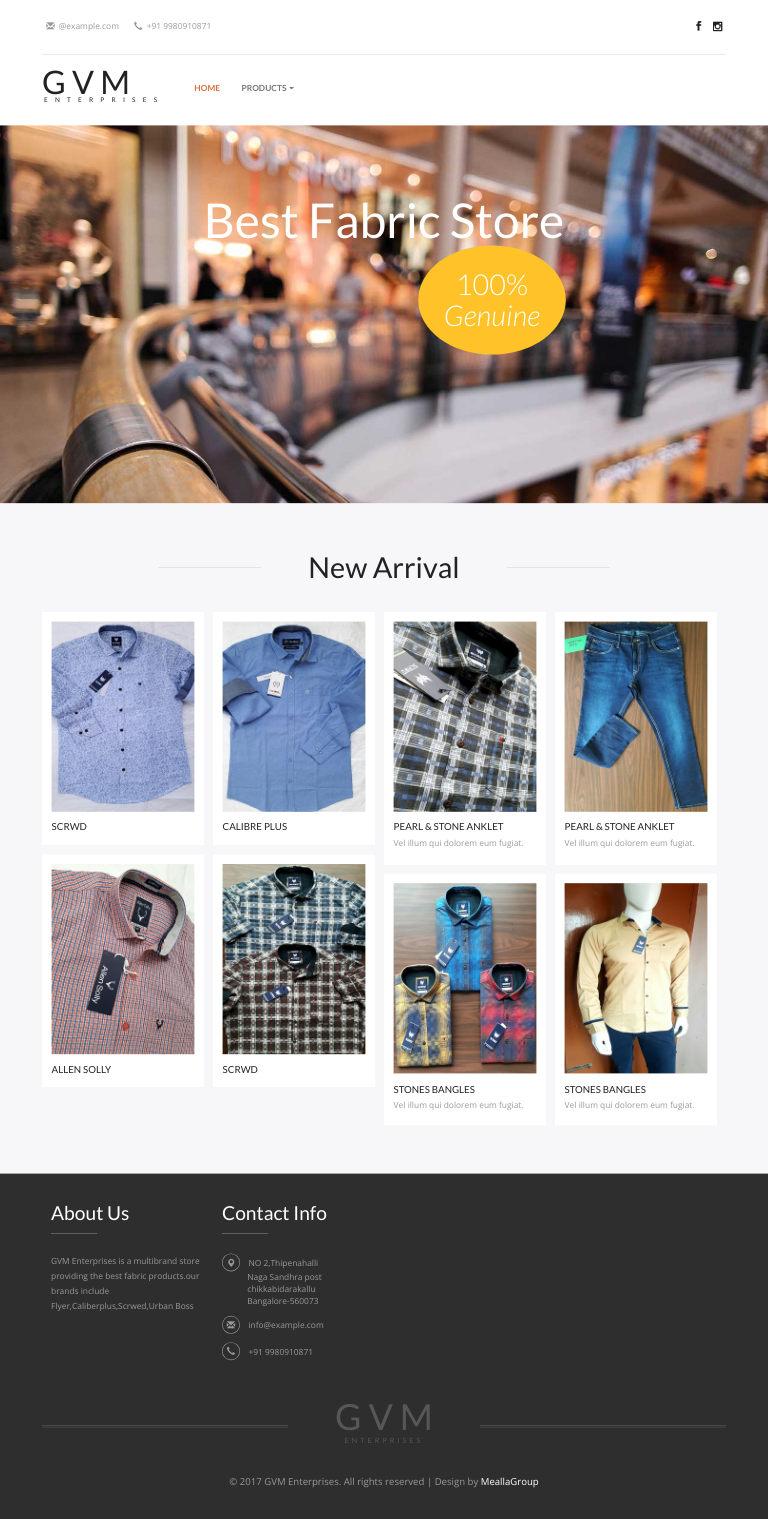
Repository: vinodmealla/flyerworkspace
Page: com.gvm.websample1/src/main/webapp/WEB-INF/index.html
The author's editor kept a copy of each file at every save. The page is drawn from the files as they stood at one save, then again after the next save.
The browser window is 1280 px wide. The pictures show the whole page, at 60% of full size.

Above is the page before, as saved 2017-10-04 04:54:13.
Console error: SyntaxError: Unexpected token '('

### com.gvm.websample1/src/main/webapp/WEB-INF/index.html
<!--
Author: W3layouts
Author URL: http://w3layouts.com
License: Creative Commons Attribution 3.0 Unported
License URL: http://creativecommons.org/licenses/by/3.0/
-->
<!DOCTYPE html>
<html>
<head>
<title>Best Store a Ecommerce Online Shopping Category Flat Bootstrap Responsive Website Template | Home :: w3layouts</title>
<!-- for-mobile-apps -->
<meta name="viewport" content="width=device-width, initial-scale=1">
<meta http-equiv="Content-Type" content="text/html; charset=utf-8" />
<meta name="keywords" content="Best Store Responsive web template, Bootstrap Web Templates, Flat Web Templates, Android Compatible web template,
Smartphone Compatible web template, free webdesigns for Nokia, Samsung, LG, SonyEricsson, Motorola web design" />
<script type="application/x-javascript"> addEventListener("load", function() { setTimeout(hideURLbar, 0); }, false);
		function hideURLbar(){ window.scrollTo(0,1); } </script>
<!-- //for-mobile-apps -->
<link href="css/bootstrap.css" rel="stylesheet" type="text/css" media="all" />
<link href="css/style.css" rel="stylesheet" type="text/css" media="all" />
<!-- js -->
<script src="js/jquery.min.js"></script>
<!-- //js -->
<!-- cart -->
<script src="js/simpleCart.min.js"></script>
<!-- cart -->
<!-- for bootstrap working -->
<script type="text/javascript" src="js/bootstrap-3.1.1.min.js"></script>
<!-- //for bootstrap working -->
<link href='//fonts.googleapis.com/css?family=Open+Sans:400,300,300italic,400italic,600,600italic,700,700italic,800,800italic' rel='stylesheet' type='text/css'>
<link href='//fonts.googleapis.com/css?family=Lato:400,100,100italic,300,300italic,400italic,700,700italic,900,900italic' rel='stylesheet' type='text/css'>
<!-- timer -->
<link rel="stylesheet" href="css/jquery.countdown.css" />
<!-- //timer -->
<!-- animation-effect -->
<link href="css/animate.min.css" rel="stylesheet">
<script src="js/wow.min.js"></script>
<script>
 new WOW().init();
</script>
<!-- //animation-effect -->
</head>

<body>
<!-- header -->
	<div class="header">
		<div class="container">
			<div class="header-grid">
				<div class="header-grid-left animated wow slideInLeft" data-wow-delay=".5s">
					<ul>
						<li><i class="glyphicon glyphicon-envelope" aria-hidden="true"></i><a href="mailto:info@example.com">@example.com</a></li>
						<li><i class="glyphicon glyphicon-earphone" aria-hidden="true"></i>+91 9980910871</li>
					</ul>
				</div>
				<div class="header-grid-right animated wow slideInRight" data-wow-delay=".5s">
					<ul class="social-icons">
						<li><a href="#" class="facebook"></a></li>
						<li><a href="#" class="instagram"></a></li>
					</ul>
				</div>
				<div class="clearfix"> </div>
			</div>
			<div class="logo-nav">
				<div class="logo-nav-left animated wow zoomIn" data-wow-delay=".5s">
					<h1><a href="index.html">G V M<span>Enterprises</span></a></h1>
				</div>
				<div class="logo-nav-left1">
					<nav class="navbar navbar-default">
					<!-- Brand and toggle get grouped for better mobile display -->
					<div class="navbar-header nav_2">
						<button type="button" class="navbar-toggle collapsed navbar-toggle1" data-toggle="collapse" data-target="#bs-megadropdown-tabs">
							<span class="sr-only">Toggle navigation</span>
							<span class="icon-bar"></span>
							<span class="icon-bar"></span>
							<span class="icon-bar"></span>
						</button>
					</div>
					<div class="collapse navbar-collapse" id="bs-megadropdown-tabs">
						<ul class="nav navbar-nav">
							<li class="active"><a href="index.html" class="act">Home</a></li>
							<!-- Mega Menu -->
							<li class="dropdown">
								<a href="#" class="dropdown-toggle" data-toggle="dropdown">Products <b class="caret"></b></a>
								<ul class="dropdown-menu multi-column columns-3">
									<div class="row">
										<div class="col-sm-4">
											<ul class="multi-column-dropdown">
												<h6>Men's Wear</h6>
												<li><a href="products.html">Clothing</a></li>

											</ul>
										</div>
									<!-- 	<div class="col-sm-4">
											<ul class="multi-column-dropdown">
												<h6>Women's Wear</h6>
												<li><a href="products.html">Clothing</a></li>
												<li><a href="products.html">Wallets,Bags</a></li>
												<li><a href="products.html">Footwear</a></li>
												<li><a href="products.html">Watches</a></li>
												<li><a href="products.html">Accessories</a></li>
												<li><a href="products.html">Jewellery</a></li>
												<li><a href="products.html">Beauty & Grooming</a></li>
											</ul>
										</div> -->
									<!-- 	<div class="col-sm-4">
											<ul class="multi-column-dropdown">
												<h6>Kid's Wear</h6>
												<li><a href="products.html">Kids Home Fashion</a></li>
												<li><a href="products.html">Boy's Clothing</a></li>
												<li><a href="products.html">Girl's Clothing</a></li>
												<li><a href="products.html">Shoes</a></li>
												<li><a href="products.html">Brand Stores</a></li>
											</ul>
										</div> -->
										<div class="clearfix"></div>
									</div>
								</ul>
							</li>
						<!-- 	<li class="dropdown">
								<a href="#" class="dropdown-toggle" data-toggle="dropdown">Furniture <b class="caret"></b></a>
								<ul class="dropdown-menu multi-column columns-3">
									<div class="row">
										<div class="col-sm-4">
											<ul class="multi-column-dropdown">
												<h6>Home Collection</h6>
												<li><a href="furniture.html">Cookware</a></li>
												<li><a href="furniture.html">Sofas</a></li>
												<li><a href="furniture.html">Dining Tables</a></li>
												<li><a href="furniture.html">Shoe Racks</a></li>
												<li><a href="furniture.html">Home Decor</a></li>
											</ul>
										</div>
										<div class="col-sm-4">
											<ul class="multi-column-dropdown">
												<h6>Office Collection</h6>
												<li><a href="furniture.html">Carpets</a></li>
												<li><a href="furniture.html">Tables</a></li>
												<li><a href="furniture.html">Sofas</a></li>
												<li><a href="furniture.html">Shoe Racks</a></li>
												<li><a href="furniture.html">Sockets</a></li>
												<li><a href="furniture.html">Electrical Machines</a></li>
											</ul>
										</div>
										<div class="col-sm-4">
											<ul class="multi-column-dropdown">
												<h6>Decorations</h6>
												<li><a href="furniture.html">Toys</a></li>
												<li><a href="furniture.html">Wall Clock</a></li>
												<li><a href="furniture.html">Lighting</a></li>
												<li><a href="furniture.html">Top Brands</a></li>
											</ul>
										</div>
										<div class="clearfix"></div>
									</div>
								</ul>
							</li> -->
							<!-- <li><a href="short-codes.html">Short Codes</a></li>
							<li><a href="mail.html">Mail Us</a></li> -->
						</ul>
					</div>
					</nav>
				</div>
				<div class="logo-nav-right">
					<div class="search-box">
					<!-- 	<div id="sb-search" class="sb-search">
							<form>
								<input class="sb-search-input" placeholder="Enter your search term..." type="search" id="search">
								<input class="sb-search-submit" type="submit" value="">
								<span class="sb-icon-search"> </span>
							</form>
						</div> -->
					</div>
						<!-- search-scripts -->
						<script src="js/classie.js"></script>
						<!-- <script src="js/uisearch.js"></script>
							<script>
								new UISearch( document.getElementById( 'sb-search' ) );
							</script> -->
						<!-- //search-scripts -->
				</div>
			<!-- 	<div class="header-right">
					<div class="cart box_1">
						<a href="checkout.html">
							<h3> <div class="total">
								<span class="simpleCart_total"></span> (<span id="simpleCart_quantity" class="simpleCart_quantity"></span> items)</div>
								<img src="images/bag.png" alt="" />
							</h3>
						</a>
						<p><a href="javascript:;" class="simpleCart_empty">Empty Cart</a></p>
						<div class="clearfix"> </div>
					</div>
				</div> -->
				<div class="clearfix"> </div>
			</div>
		</div>
	</div>
<!-- //header -->
<!-- banner -->
	<div class="banner">
		<div class="container">
			<div class="banner-info animated wow zoomIn" data-wow-delay=".5s">
				<h3>Best Fabric Store</h3>
				<h4> <span>100% <i>Genuine</i></span></h4>
				<div class="wmuSlider example1">
					<div class="wmuSliderWrapper">
						<article style="position: absolute; width: 100%; opacity: 0;">
							<div class="banner-wrap">
								<div class="banner-info1">
									<p> Causual Shirts  </p>
								</div>
							</div>
						</article>
						<article style="position: absolute; width: 100%; opacity: 0;">
							<div class="banner-wrap">
								<div class="banner-info1">
									<p>Formal Shirts</p>
								</div>
							</div>
						</article>
						<article style="position: absolute; width: 100%; opacity: 0;">
							<div class="banner-wrap">
								<div class="banner-info1">
									<p>All Models Of Jeans</p>
								</div>
							</div>
						</article>
					</div>
				</div>
					<script src="js/jquery.wmuSlider.js"></script>
					<script>
						Rs.('.example1').wmuSlider();
					</script>
			</div>
		</div>
	</div>
<!-- //banner -->
<!-- banner-bottom -->

<!-- //banner-bottom -->
<!-- collections -->
	<div class="new-collections">
		<div class="container">
			<h3 class="animated wow zoomIn" data-wow-delay=".5s">New Arrival</h3>
			<div class="new-collections-grids">
		<div class="col-md-3 new-collections-grid">
					<div class="new-collections-grid1 animated wow slideInUp" data-wow-delay=".5s">
						<div class="new-collections-grid1-image">
							<a href="single.html?img=flyer1.jpg" class="product-image"><img src="images/flyer1.jpg" alt=" " class="img-responsive" /></a>
							<div class="new-collections-grid1-image-pos">
								<a href="single.html?img=flyer1.jpg">Quick View</a>
							</div>
							<div class="new-collections-grid1-right">
								<div class="rating">
									<div class="rating-left">
										<img src="images/2.png" alt=" " class="img-responsive" />
									</div>
									<div class="rating-left">
										<img src="images/2.png" alt=" " class="img-responsive" />
									</div>
									<div class="rating-left">
										<img src="images/2.png" alt=" " class="img-responsive" />
									</div>
									<div class="rating-left">
										<img src="images/1.png" alt=" " class="img-responsive" />
									</div>
									<div class="rating-left">
										<img src="images/1.png" alt=" " class="img-responsive" />
									</div>
									<div class="clearfix"> </div>
								</div>
							</div>
						</div>
						<h4><a href="single.html">SCRWD</a></h4>

						<!-- <div class="new-collections-grid1-left simpleCart_shelfItem">
							<p><i>Rs.180</i> <span class="item_price">Rs.120</span></p>
						</div> -->
					</div>
					<div class="new-collections-grid1 animated wow slideInUp" data-wow-delay=".5s">
						<div class="new-collections-grid1-image">
							<a href="single.html?img=flyer2.jpg" class="product-image"><img src="images/flyer2.jpg" alt=" " class="img-responsive" /></a>
							<div class="new-collections-grid1-image-pos">
								<a href="single.html?img=flyer2.jpg">Quick View</a>
							</div>
							<div class="new-collections-grid1-right">
								<div class="rating">
									<div class="rating-left">
										<img src="images/2.png" alt=" " class="img-responsive" />
									</div>
									<div class="rating-left">
										<img src="images/2.png" alt=" " class="img-responsive" />
									</div>
									<div class="rating-left">
										<img src="images/2.png" alt=" " class="img-responsive" />
									</div>
									<div class="rating-left">
										<img src="images/2.png" alt=" " class="img-responsive" />
									</div>
									<div class="rating-left">
										<img src="images/1.png" alt=" " class="img-responsive" />
									</div>
									<div class="clearfix"> </div>
								</div>
							</div>
						</div>
						<h4><a href="single.html">ALLEN SOLLY</a></h4>
						<!-- <p>Vel illum qui dolorem eum fugiat.</p> -->
						<!-- <div class="new-collections-grid1-left simpleCart_shelfItem">
							<p><i>Rs.340</i> <span class="item_price">Rs.257</span></p>
						</div> -->
					</div>
				</div>

				<div class="col-md-3 new-collections-grid">
					<div class="new-collections-grid1 animated wow slideInUp" data-wow-delay=".5s">
						<div class="new-collections-grid1-image">
							<a href="single.html?img=flyer3.jpg" class="product-image"><img src="images/flyer3.jpg" alt=" " class="img-responsive" /></a>
							<div class="new-collections-grid1-image-pos">
								<a href="single.html?img=flyer3.jpg">Quick View</a>
							</div>
							<div class="new-collections-grid1-right">
								<div class="rating">
									<div class="rating-left">
										<img src="images/2.png" alt=" " class="img-responsive" />
									</div>
									<div class="rating-left">
										<img src="images/2.png" alt=" " class="img-responsive" />
									</div>
									<div class="rating-left">
										<img src="images/2.png" alt=" " class="img-responsive" />
									</div>
									<div class="rating-left">
										<img src="images/1.png" alt=" " class="img-responsive" />
									</div>
									<div class="rating-left">
										<img src="images/1.png" alt=" " class="img-responsive" />
									</div>
									<div class="clearfix"> </div>
								</div>
							</div>
						</div>
						<h4><a href="single.html">CALIBRE PLUS</a></h4>
						<!-- <p>Vel illum qui dolorem eum fugiat.</p> -->
						<!-- <div class="new-collections-grid1-left simpleCart_shelfItem">
							<p><i>Rs.180</i> <span class="item_price">Rs.120</span></p>
						</div> -->
					</div>
					<div class="new-collections-grid1 animated wow slideInUp" data-wow-delay=".5s">
						<div class="new-collections-grid1-image">
							<a href="single.html?img=flyer4.jpg" class="product-image"><img src="images/flyer4.jpg" alt=" " class="img-responsive" /></a>
							<div class="new-collections-grid1-image-pos">
								<a href="single.html?img=flyer4.jpg">Quick View</a>
							</div>
							<div class="new-collections-grid1-right">
								<div class="rating">
									<div class="rating-left">
										<img src="images/2.png" alt=" " class="img-responsive" />
									</div>
									<div class="rating-left">
										<img src="images/2.png" alt=" " class="img-responsive" />
									</div>
									<div class="rating-left">
										<img src="images/2.png" alt=" " class="img-responsive" />
									</div>
									<div class="rating-left">
										<img src="images/2.png" alt=" " class="img-responsive" />
									</div>
									<div class="rating-left">
										<img src="images/1.png" alt=" " class="img-responsive" />
									</div>
									<div class="clearfix"> </div>
								</div>
							</div>
						</div>
						<h4><a href="single.html">SCRWD</a></h4>
						<!-- <p>Vel illum qui dolorem eum fugiat.</p> -->
						<!-- <div class="new-collections-grid1-left simpleCart_shelfItem">
							<p><i>Rs.340</i> <span class="item_price">Rs.257</span></p>
						</div> -->
					</div>
				</div>
				<div class="col-md-3 new-collections-grid">
					<div class="new-collections-grid1 animated wow slideInUp" data-wow-delay=".5s">
						<div class="new-collections-grid1-image">
							<a href="single.html?img=flyer5.jpg" class="product-image"><img src="images/flyer5.jpg" alt=" " class="img-responsive" /></a>
							<div class="new-collections-grid1-image-pos">
								<a href="single.html?img=flyer5.jpg">Quick View</a>
							</div>
							<div class="new-collections-grid1-right">
								<div class="rating">
									<div class="rating-left">
										<img src="images/2.png" alt=" " class="img-responsive" />
									</div>
									<div class="rating-left">
										<img src="images/2.png" alt=" " class="img-responsive" />
									</div>
									<div class="rating-left">
										<img src="images/2.png" alt=" " class="img-responsive" />
									</div>
									<div class="rating-left">
										<img src="images/1.png" alt=" " class="img-responsive" />
									</div>
									<div class="rating-left">
										<img src="images/1.png" alt=" " class="img-responsive" />
									</div>
									<div class="clearfix"> </div>
								</div>
							</div>
						</div>
						<h4><a href="single.html">Pearl & Stone Anklet</a></h4>
						<p>Vel illum qui dolorem eum fugiat.</p>
						<!-- <div class="new-collections-grid1-left simpleCart_shelfItem">
							<p><i>Rs.180</i> <span class="item_price">Rs.120</span></p>
						</div> -->
					</div>
					<div class="new-collections-grid1 animated wow slideInUp" data-wow-delay=".5s">
						<div class="new-collections-grid1-image">
							<a href="single.html?img=flyer6.jpg" class="product-image"><img src="images/flyer6.jpg" alt=" " class="img-responsive" /></a>
							<div class="new-collections-grid1-image-pos">
								<a href="single.html?img=flyer6.jpg">Quick View</a>
							</div>
							<div class="new-collections-grid1-right">
								<div class="rating">
									<div class="rating-left">
										<img src="images/2.png" alt=" " class="img-responsive" />
									</div>
									<div class="rating-left">
										<img src="images/2.png" alt=" " class="img-responsive" />
									</div>
									<div class="rating-left">
										<img src="images/2.png" alt=" " class="img-responsive" />
									</div>
									<div class="rating-left">
										<img src="images/2.png" alt=" " class="img-responsive" />
									</div>
									<div class="rating-left">
										<img src="images/1.png" alt=" " class="img-responsive" />
									</div>
									<div class="clearfix"> </div>
								</div>
							</div>
						</div>
						<h4><a href="single.html">Stones Bangles</a></h4>
						<p>Vel illum qui dolorem eum fugiat.</p>
						<!-- <div class="new-collections-grid1-left simpleCart_shelfItem">
							<p><i>Rs.340</i> <span class="item_price">Rs.257</span></p>
						</div> -->
					</div>
				</div>
				<div class="col-md-3 new-collections-grid">
					<div class="new-collections-grid1 animated wow slideInUp" data-wow-delay=".5s">
						<div class="new-collections-grid1-image">
							<a href="single.html?img=flyer7.jpg" class="product-image"><img src="images/flyer7.jpg" alt=" " class="img-responsive" /></a>
							<div class="new-collections-grid1-image-pos">
								<a href="single.html?img=flyer7.jpg">Quick View</a>
							</div>
							<div class="new-collections-grid1-right">
								<div class="rating">
									<div class="rating-left">
										<img src="images/2.png" alt=" " class="img-responsive" />
									</div>
									<div class="rating-left">
										<img src="images/2.png" alt=" " class="img-responsive" />
									</div>
									<div class="rating-left">
										<img src="images/2.png" alt=" " class="img-responsive" />
									</div>
									<div class="rating-left">
										<img src="images/1.png" alt=" " class="img-responsive" />
									</div>
									<div class="rating-left">
										<img src="images/1.png" alt=" " class="img-responsive" />
									</div>
									<div class="clearfix"> </div>
								</div>
							</div>
						</div>
						<h4><a href="single.html">Pearl & Stone Anklet</a></h4>
						<p>Vel illum qui dolorem eum fugiat.</p>
						<!-- <div class="new-collections-grid1-left simpleCart_shelfItem">
							<p><i>Rs.180</i> <span class="item_price">Rs.120</span></p>
						</div> -->
					</div>
					<div class="new-collections-grid1 animated wow slideInUp" data-wow-delay=".5s">
						<div class="new-collections-grid1-image">
							<a href="single.html?img=flyer8.jpg" class="product-image"><img src="images/flyer8.jpg" alt=" " class="img-responsive" /></a>
							<div class="new-collections-grid1-image-pos">
								<a href="single.html?img=flyer8.jpg">Quick View</a>
							</div>
							<div class="new-collections-grid1-right">
								<div class="rating">
									<div class="rating-left">
										<img src="images/2.png" alt=" " class="img-responsive" />
									</div>
									<div class="rating-left">
										<img src="images/2.png" alt=" " class="img-responsive" />
									</div>
									<div class="rating-left">
										<img src="images/2.png" alt=" " class="img-responsive" />
									</div>
									<div class="rating-left">
										<img src="images/2.png" alt=" " class="img-responsive" />
									</div>
									<div class="rating-left">
										<img src="images/1.png" alt=" " class="img-responsive" />
									</div>
									<div class="clearfix"> </div>
								</div>
							</div>
						</div>
						<h4><a href="single.html">Stones Bangles</a></h4>
						<p>Vel illum qui dolorem eum fugiat.</p>
						<!-- <div class="new-collections-grid1-left simpleCart_shelfItem">
							<p><i>Rs.340</i> <span class="item_price">Rs.257</span></p>
						</div> -->
					</div>
				</div>
				<div class="clearfix"> </div>
			</div>
		</div>
	</div>
<!-- //collections -->
<!-- new-timer -->


<!-- //collections-bottom -->
<!-- footer -->
	<div class="footer">
		<div class="container">
			<div class="footer-grids">
				<div class="col-md-3 footer-grid animated wow slideInLeft" data-wow-delay=".5s">
					<h3>About Us</h3>
					<p>GVM Enterprises is a multibrand store providing the best fabric products.our brands include Flyer,Caliberplus,Scrwed,Urban Boss</span></p>
				</div>
				<div class="col-md-3 footer-grid animated wow slideInLeft" data-wow-delay=".6s">
					<h3>Contact Info</h3>
					<ul>
						<li><i class="glyphicon glyphicon-map-marker" aria-hidden="true"></i>NO 2,Thipenahalli</span><span>Naga Sandhra post</span><span>chikkabidarakallu </span><span>Bangalore-560073</span></li>
						<li><i class="glyphicon glyphicon-envelope" aria-hidden="true"></i><a href="mailto:info@example.com">info@example.com</a></li>
						<li><i class="glyphicon glyphicon-earphone" aria-hidden="true"></i>+91 9980910871</li>
					</ul>
				</div>


				<div class="clearfix"> </div>
			</div>
			<div class="footer-logo animated wow slideInUp" data-wow-delay=".5s">
				<h2><a href="index.html">G V M <span>Enterprises</span></a></h2>
			</div>
			<div class="copy-right animated wow slideInUp" data-wow-delay=".5s">
				<p>&copy 2017 GVM Enterprises. All rights reserved | Design by <a href="http://w3layouts.com/">MeallaGroup</a></p>
			</div>
		</div>
	</div>
<!-- //footer -->
</body>
</html>

Loaded but not shown: com.gvm.websample1/src/main/webapp/WEB-INF/css/bootstrap.css (library); com.gvm.websample1/src/main/webapp/WEB-INF/js/jquery.min.js (library); com.gvm.websample1/src/main/webapp/WEB-INF/js/simpleCart.min.js (library); com.gvm.websample1/src/main/webapp/WEB-INF/js/bootstrap-3.1.1.min.js (library); com.gvm.websample1/src/main/webapp/WEB-INF/css/jquery.countdown.css (common file); com.gvm.websample1/src/main/webapp/WEB-INF/css/animate.min.css (library); com.gvm.websample1/src/main/webapp/WEB-INF/js/wow.min.js (library); com.gvm.websample1/src/main/webapp/WEB-INF/js/classie.js (common file); com.gvm.websample1/src/main/webapp/WEB-INF/js/jquery.wmuSlider.js (library); com.gvm.websample1/src/main/webapp/WEB-INF/css/style.css (3839 lines, source omitted)

After the next save:
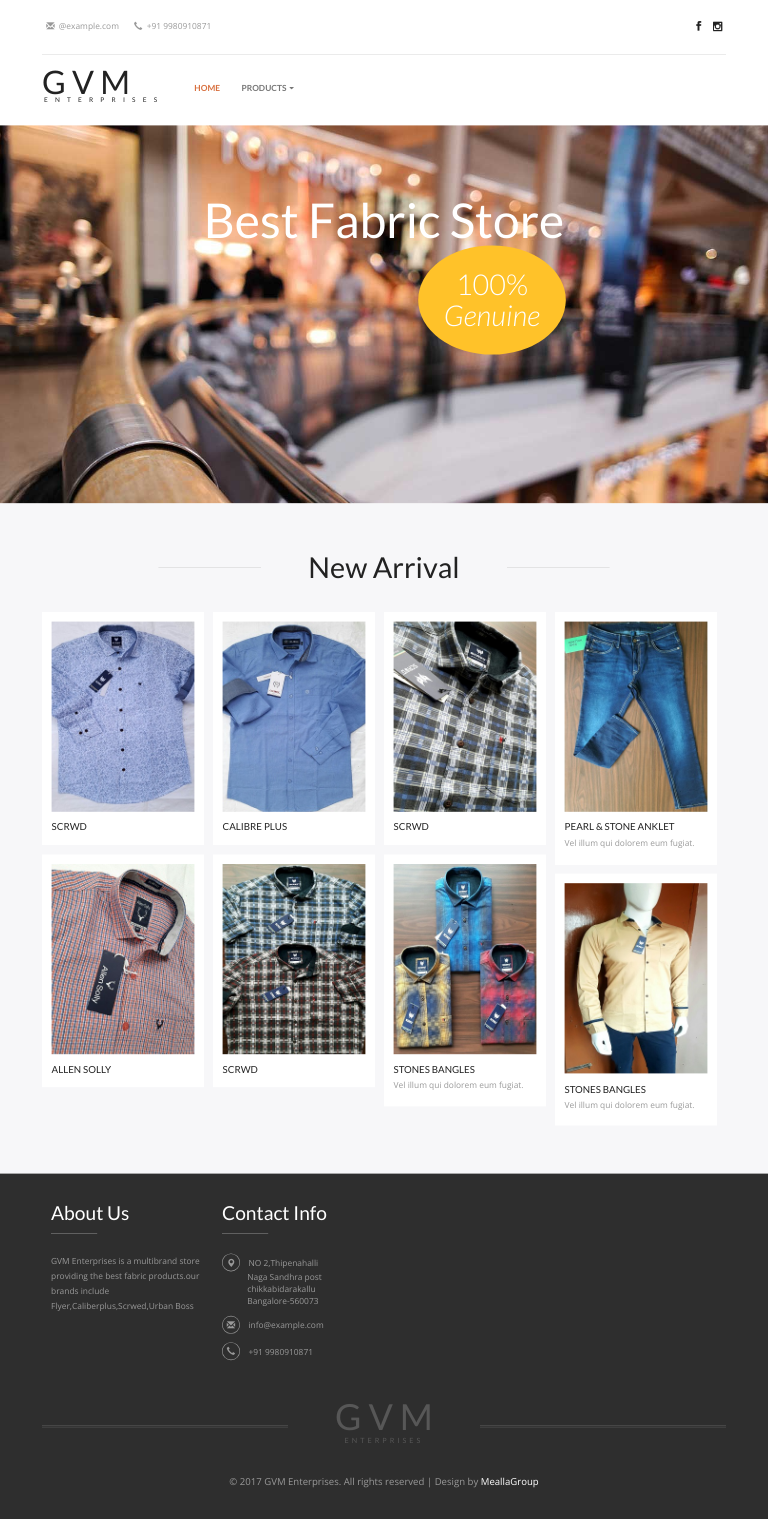
Saved 34 s later.
--- a/com.gvm.websample1/src/main/webapp/WEB-INF/index.html
+++ b/com.gvm.websample1/src/main/webapp/WEB-INF/index.html
@@ -407,8 +407,8 @@
 								</div>
 							</div>
 						</div>
-						<h4><a href="single.html">Pearl & Stone Anklet</a></h4>
-						<p>Vel illum qui dolorem eum fugiat.</p>
+						<h4><a href="single.html">SCRWD</a></h4>
+						<!-- <p>Vel illum qui dolorem eum fugiat.</p> -->
 						<!-- <div class="new-collections-grid1-left simpleCart_shelfItem">
 							<p><i>Rs.180</i> <span class="item_price">Rs.120</span></p>
 						</div> -->
